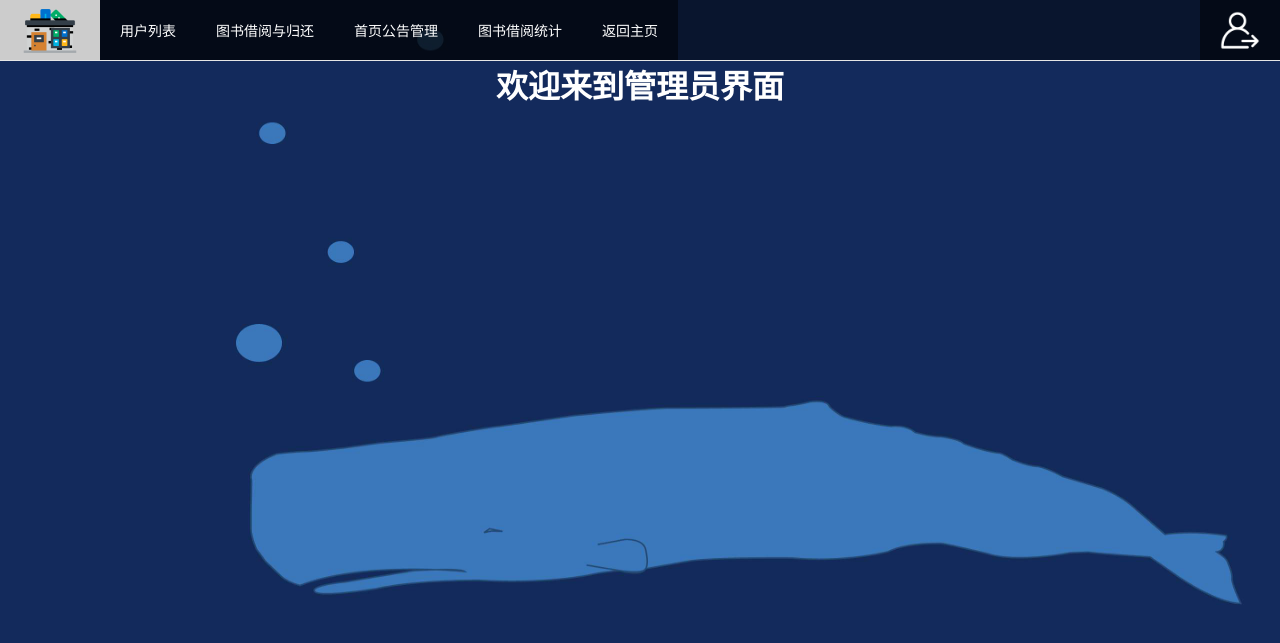
Repository: Akron-xz/helloVue
Page: /#/adminmain (app in vue-library/)
These files come from the project's save history. The page is drawn as it stood at one moment and after the next save; the edit follows.
The browser window is 1280 px wide. The pictures show the whole page.
The project was rebuilt for these pictures with package versions that can differ from the ones it lists, and the page was loaded fresh each time. Also part of the build but not shown: vue-library/src/components/homeNav.vue, vue-library/src/views/Home.vue.

Above is the page before, as saved 2020-11-26 16:40:46.

### vue-library/src/main.js
import Vue from 'vue'
import App from './App.vue'
import ElementUI from 'element-ui';
import 'element-ui/lib/theme-chalk/index.css';
import axios from "axios"
import router from './router'
import Router from 'vue-router'

const routerPush = Router.prototype.push
Router.prototype.push = function push(location) {
    return routerPush.call(this, location).catch(error => error)
}

Vue.config.productionTip = false
Vue.use(ElementUI);
Vue.prototype.$axios = axios;


new Vue({
    router,
    render: h => h(App)
}).$mount('#app')

### vue-library/src/router/index.js
import Vue from 'vue'
import VueRouter from 'vue-router'
import Home from '../views/Home.vue'


Vue.use(VueRouter)

const routes = [{
        path: '/',
        name: 'Home',
        component: Home
    },
    {
        path: '/about',
        name: 'About',
        // route level code-splitting
        // this generates a separate chunk (about.[hash].js) for this route
        // which is lazy-loaded when the route is visited.
        component: () =>
            import ( /* webpackChunkName: "about" */ '../views/About.vue')
    },
    {
        path: '/admin',
        name: 'Admin',
        // route level code-splitting
        // this generates a separate chunk (about.[hash].js) for this route
        // which is lazy-loaded when the route is visited.
        component: () =>
            import ( /* webpackChunkName: "about" */ '../views/Administrator.vue')
    },
    {
        path: "/userLogin",
        name: "UserLogin",
        component: () =>
            import ('../views/UserLogin.vue')
    },
    {
        path: "/user",
        name: "User",
        component: () =>
            import ( /* webpackChunkName: "about" */ '../views/User.vue')
    },
    {
        path: "/signup",
        name: "SignUp",
        component: () =>
            import ('../views/SignUp.vue')
    },
    {
        path: "/adminmain",
        name: "AdminMain",
        component: () =>
            import ('../views/AdminMain.vue')
    },
    {

        path: "/MyInformation",
        name: "MyInformation",
        component: () =>
            import ('../views/MyInformation.vue')
    },
    {
        path: "/library",
        name: "Library",
        component: () =>
            import ( /* webpackChunkName: "about" */ '../views/Library.vue')

    },
    {
        path: "/modifymsg",
        name: "ModifyMsg",
        component: () =>
            import ('../views/ModifyMsg.vue')
    },
    {
        path: "/borrowhistory",
        name: "BorrowHistory",
        component: () =>
            import ('../views/BorrowHistory.vue')
    },
    {
        path: "/newissue",
        name: "NewIssue",
        component: () =>
            import ('../views/NewIssue.vue')
    },
    {
        path: "/booksearch",
        name: "BookSearch",
        component: () =>
            import ('../views/BookSearch.vue')
    },
    {
        path: "/MyBookshelves",
        name: "MyBookshelves",
        component: () =>
            import ('../views/MyBookshelves.vue')
    },
    {
        path: "/modifyAnnounce",
        name: "ModifyAnnounce",
        component: () =>
            import ('../views/ModifyAnnounce.vue')
    },
    {
        path: "/statistics",
        name: "Statistics",
        component: () =>
            import ('../views/Statistics.vue')
    },
    {
        path: "/thanks",
        name: "Thanks",
        component: () =>
            import ('../views/Thanks.vue')
    },


]

const router = new VueRouter({
    routes
})

export default router

### vue-library/src/views/AdminMain.vue
<template>
  <div class="admin-main-container">
    <Navigation></Navigation>
    <h1 class="adminMain-title">欢迎来到管理员界面</h1>
    <div class="img-container">

    </div>
  </div>
</template>

<script>
import Navigation from '@/components/Nav.vue'
export default {
  components:{
        Navigation
    },
  data() {
    return {
      activeIndex: "1",
      activeIndex2: "1",
    };
  },
  methods: {
    handleSelect(key, keyPath) {
      console.log(key, keyPath);
    },


  },
};
</script>

<style scoped>
.admin-main-container {
  position: fixed;
  left: 0;
  top: 0;
  width: 100%;
  height: 100%;
  background-image: url(/img/divBg/bg34.jpg);
  background-size: 100% 100%;
}

.adminMain-title{
  margin-top: 0px;
  font-size: 32px;
  color: white;
}

</style>

### vue-library/src/components/Nav.vue
<template>

     <div class="navigation-bar">
      <el-menu
        class="el-menu-demo"
        mode="horizontal"
        @select="handleSelect"
        background-color="#00000080"
        text-color="#ffffff"
        text-font="15px">

        <el-menu-item @click="toMain">
                <img src="/img/libraryIcon.png" alt="" target="_self" class="libraryIcon">
            </el-menu-item>

        <el-menu-item index="1" @click="toSearchClient">
          <a  target="_self"  >用户列表</a></el-menu-item
        >
        <el-menu-item index="2" @click="toBooks">
          <a  target="_self">图书借阅与归还</a>
        </el-menu-item>

        <el-menu-item index="3" @click="toAnnounce">
          <a  target="_self">首页公告管理</a>
        </el-menu-item>
        <el-menu-item index="4" @click="toStatistics">
          <a  target="_self">图书借阅统计</a></el-menu-item
        >
        <el-menu-item index="5" @click="toHome">
          <a  target="_self">返回主页</a>
        </el-menu-item>

        <el-menu-item index="6" class="exitIcon">
                <img src="/img/logoutIconWhite.png" alt="" target="_self" class="logoutIcon" @click="logOut">
        </el-menu-item>

      </el-menu>

    </div>
</template>

<script>
export default {
    name:"Nav",
    data() {
      return {
        activeIndex: '1'
      }
    },
    methods: {
    handleSelect(key, keyPath) {
      console.log(key, keyPath);
    },
    toMain(){
      this.$router.push({path:'/adminmain'});
    },

    toSearchClient(){
      this.$router.push({path:'/newissue'});
    },
    toSearchFile(){
      this.$router.push({path:'/signup'});
    },
    toAnnounce(){
      this.$router.push({path:'/modifyannounce'});
    },
    toBooks(){
      this.$router.push({path:'/booksearch'});
    },
    toStatistics(){
      this.$router.push({path:'/Statistics'});
    },
    toHome(){
      this.$router.push({path:'/'});
    },
     logOut(){
      this.$router.push({path:'/'});
    },


  },

}
</script>>

<style scoped>
.libraryIcon{
  height: 60px;
  width: 60px;
}

.exitIcon{
  float: right;
}

.logoutIcon{
  height: 40px;
  width: 40px;
}
</style>>

Loaded but not shown: vue-library/public/index.html (common file); vue-library/src/App.vue (common file)

After the next save:
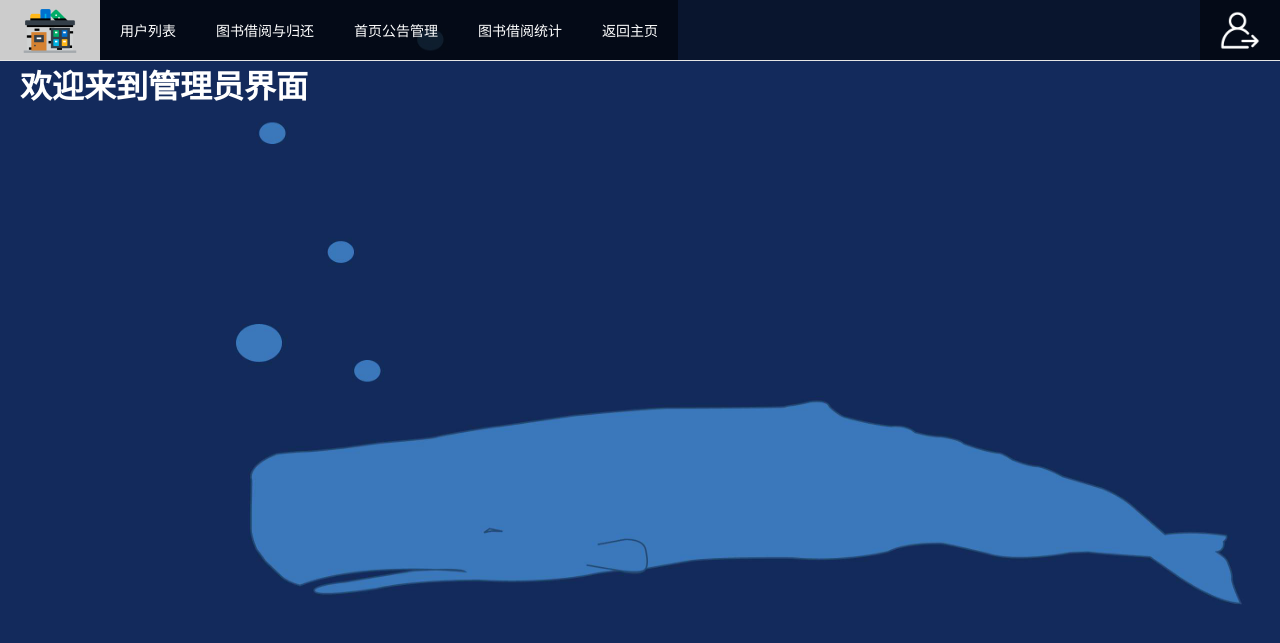
Saved 17 s later.
--- a/vue-library/src/views/AdminMain.vue
+++ b/vue-library/src/views/AdminMain.vue
@@ -43,6 +43,8 @@ export default {
 
 .adminMain-title{
   margin-top: 0px;
+  margin-left: 20px;
+  text-align: left;
   font-size: 32px;
   color: white;
 }
